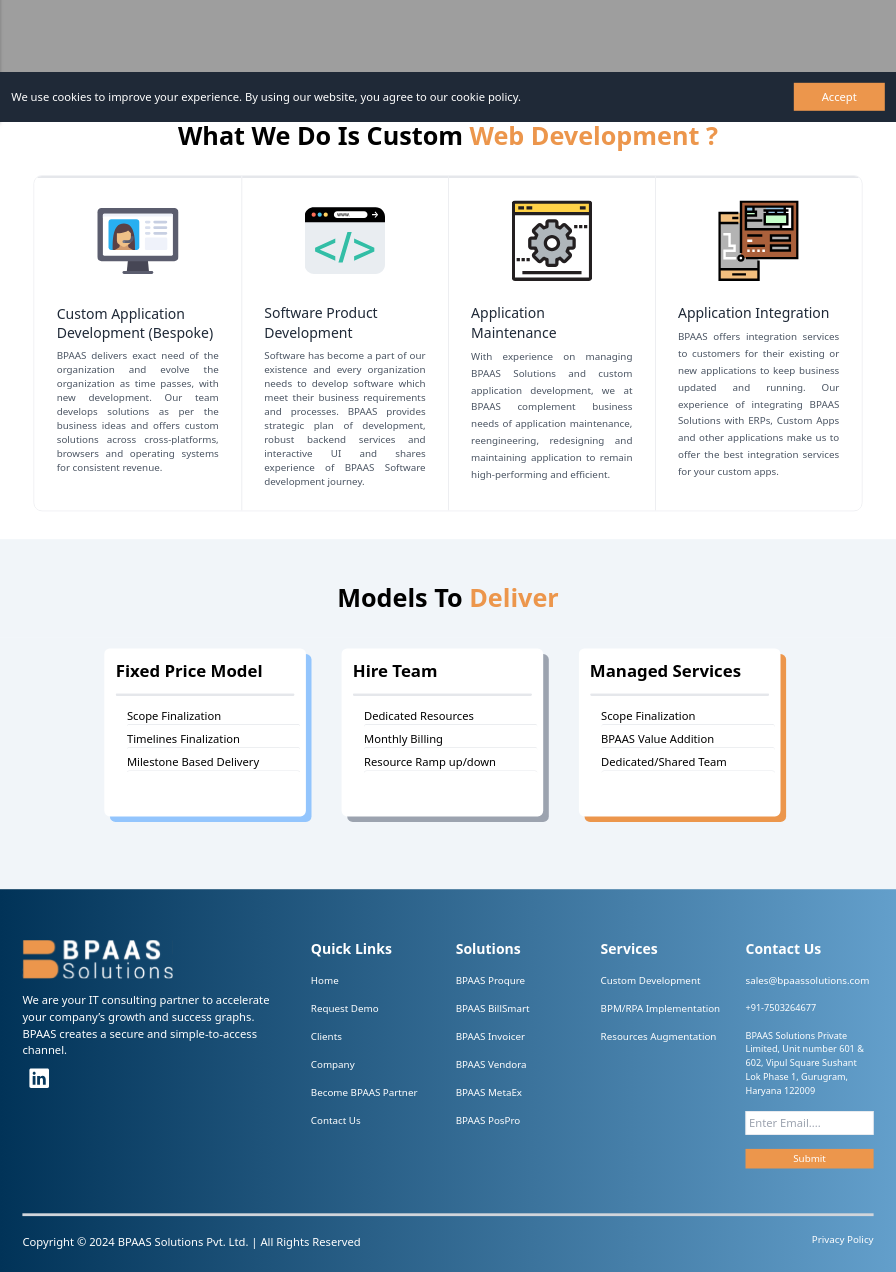
Repository: captainalpha/BP-Website
Page: /services/bp-services
An editor plug-in stored every save of this project. The page is shown before and after the next save, followed by the edit.
The browser window is 1280 px wide. The pictures show the part of the page from y = 546 to 2466 px (the page is 2363 px tall before and 2466 px after), at 70% of full size.
Pictures or frames that could not be fetched are drawn as grey boxes. The project was rebuilt for these pictures with package versions that can differ from the ones it lists, and the page was loaded fresh each time. The framework's server and built-in components were replaced by stand-ins that run in the browser. Also part of the build but not shown: next.config.js, components/common/TopBanner.js.

Above is the page before, as saved 2024-08-13 14:27:42.

After the next save:
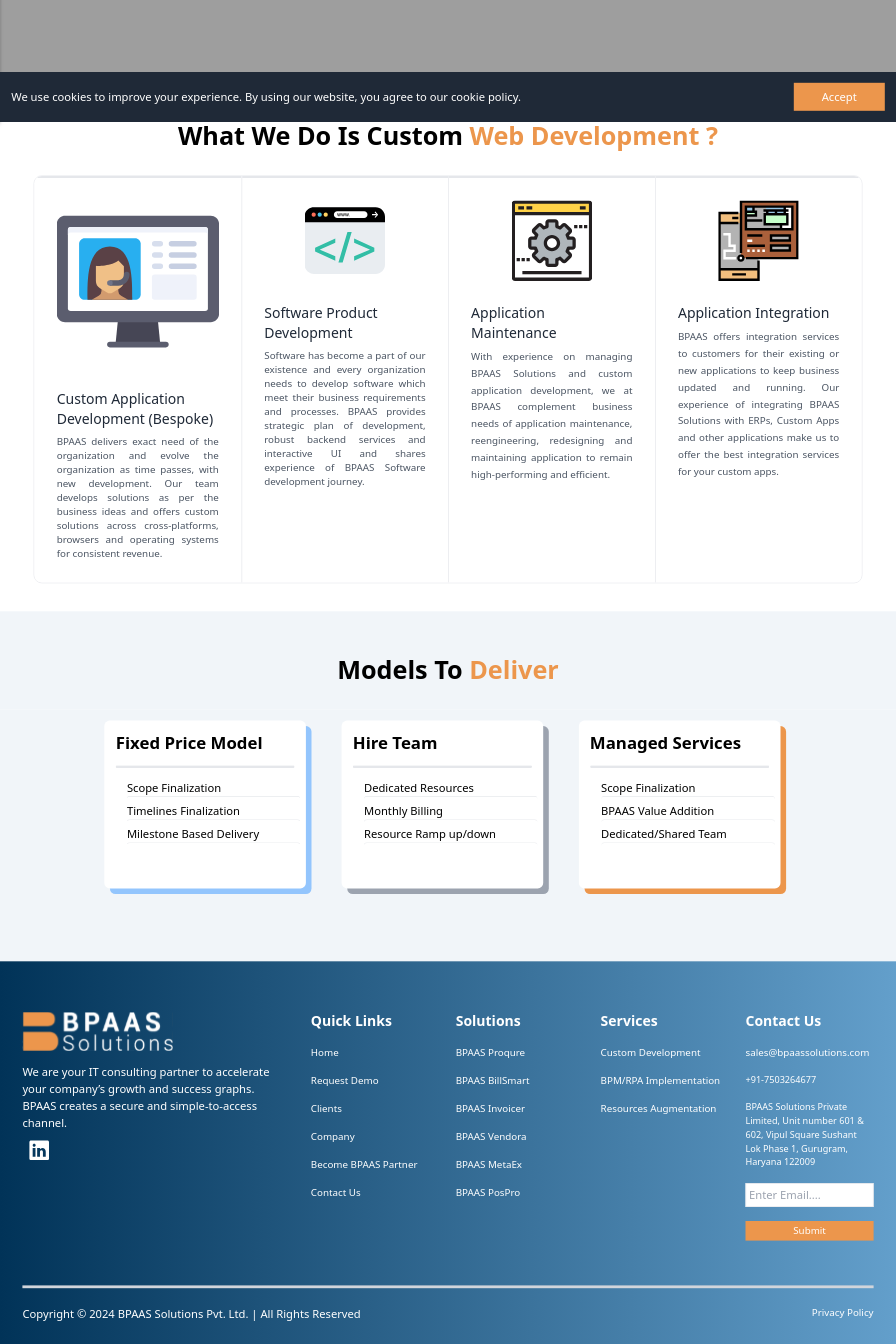
Saved 45 s later.
--- a/pages/services/bp-services.js
+++ b/pages/services/bp-services.js
@@ -1,6 +1,7 @@
 import TopBanner from "../../components/common/TopBanner";
 import SectionHeader from "../../components/common/SectionHeader";
 import TopBanner2 from "../../components/common/TopBanner2";
+import Image from "next/image";
 
 function BpServices() {
   return (
@@ -18,7 +19,7 @@
           <div className=" grid border md:gap-0 gap-6  divide-x divide-y rounded-xl overflow-hidden sm:grid-cols-2 lg:divide-y-0 lg:grid-cols-2 xl:grid-cols-4">
             <div className="relative group bg-white transition hover:z-[1] hover:shadow-2xl">
               <div className="relative p-8 space-y-8 border-t-[3px] hover:border-orange">
-                <img
+                <Image
                   src="/svg/customer-dev.svg"
                   className="w-1/2 mx-auto"
                   width="350"
